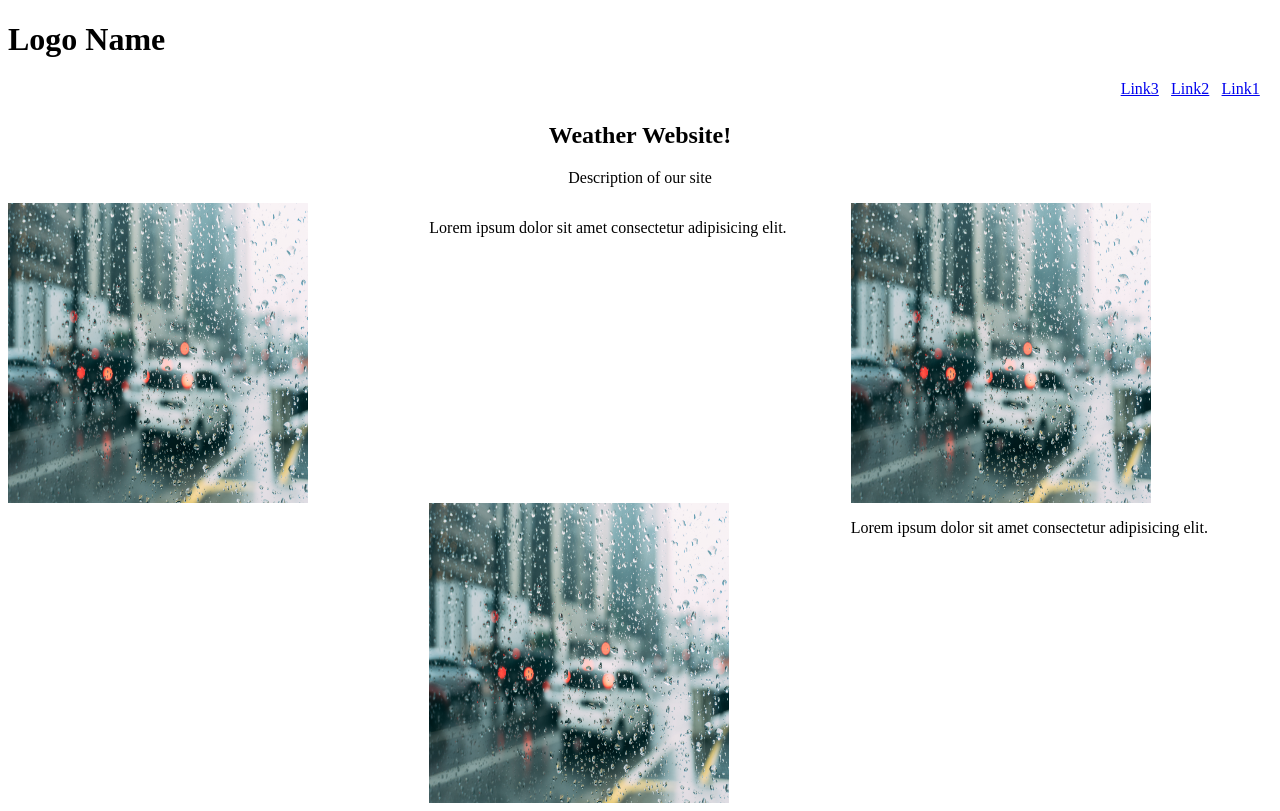
Repository: aaron1986/Breakout2_group_code
Page: index.html
These files come from the project's save history. The page is drawn as it stood at one moment and after the next save; the edit follows.
The browser window is 1280 px wide. The pictures show the whole page.

Above is the page before, as saved 2023-09-13 09:52:07.

### index.html
<!DOCTYPE html>
<html lang="en">
<head>
    <meta charset="UTF-8">
    <meta name="viewport" content="width", initial-scale="1.0">
    <link rel="stylesheet" href="style.css">
    <title>Document</title>
</head>
<body>
    <header>
        <h1>Logo Name</h1>
        <nav>
            <ul>
                <li><a href="https://www.bbc.com/weather" target="_blank">Link1</a></li>
                <li><a href="https://edition.cnn.com/weather" target="_blank">Link2</a></li>
                <li><a href="https://weather.com/en-GB/weather/today/l/UKXX0085:1:UK?Goto=Redirected" target="_blank">Link3</a></li>
            </ul>
        </nav>
    </header>

    <!-- Main Section -->
    <main>
        <h2>Weather Website!</h2>
        <p id ="text-box">Description of our site</p>

        <section>
            <div class="image-container">
                <img src="./img/pexels-kaique-rocha-125510.jpg" alt="">
                <div class="img-textbox">
                    <p>
                        Lorem ipsum dolor sit amet consectetur adipisicing elit.
                    </p>
                </div>

                <img src="./img/pexels-kaique-rocha-125510.jpg" alt="">
                <div class="img-textbox">

                </div>

                <img src="./img/pexels-kaique-rocha-125510.jpg" alt="">
                <div class="img-textbox">
                    <p>
                        Lorem ipsum dolor sit amet consectetur adipisicing elit.
                    </p>
                </div>

            </div> <!-- end of image container -->
        </section>


    </main>
</body>
</html>

### style.css

body {

}

ul > li {
    display: inline;
    float: right;
    margin-right: 1%;
}

h2 {
    text-align: center;
    margin-top: 5%;
}

#text-box {
    text-align: center;
}


.image-container{
    display: grid;
    justify-content: center;
    grid-template-columns: repeat(3, 1fr);
}

img {

    width: 300px;
    height: 300px;
}

After the next save:
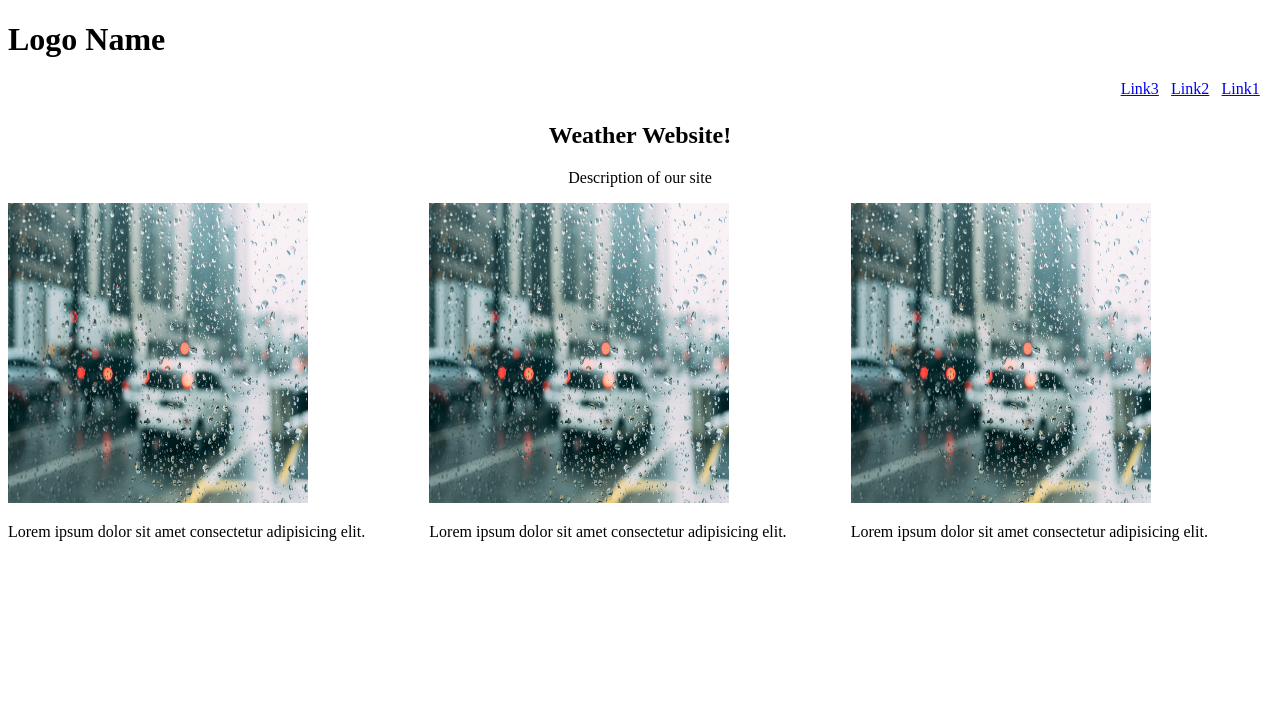
Saved 55 s later.
--- a/index.html
+++ b/index.html
@@ -25,18 +25,26 @@
 
         <section>
             <div class="image-container">
+
+            <div class="image-section">
                 <img src="./img/pexels-kaique-rocha-125510.jpg" alt="">
                 <div class="img-textbox">
                     <p>
                         Lorem ipsum dolor sit amet consectetur adipisicing elit.
                     </p>
                 </div>
+            </div>
 
+            <div class="image-section">
                 <img src="./img/pexels-kaique-rocha-125510.jpg" alt="">
                 <div class="img-textbox">
+                    <p>
+                        Lorem ipsum dolor sit amet consectetur adipisicing elit.
+                    </p>
+                </div>
+            </div>
 
-                </div>
-
+            <div class="image-section">
                 <img src="./img/pexels-kaique-rocha-125510.jpg" alt="">
                 <div class="img-textbox">
                     <p>
